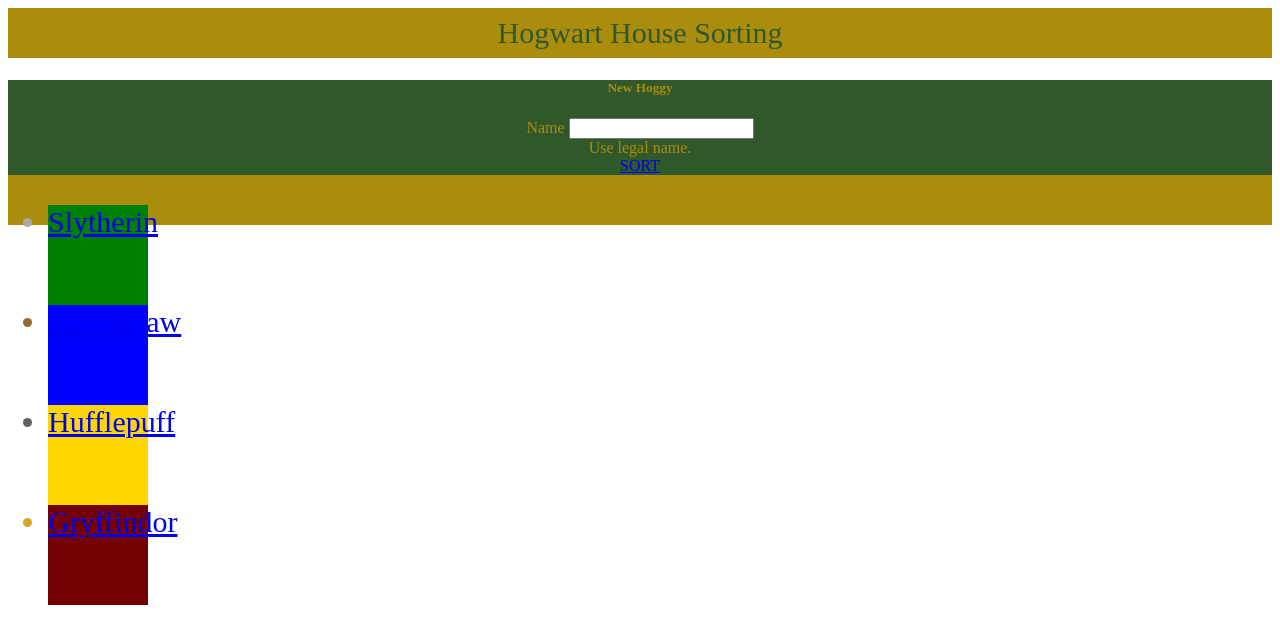
Repository: ZamlZam/INDIVIDUAL-PROJECT-sorting-hat
Page: index.html
These files come from the project's save history. The page is drawn as it stood at one moment and after the next save; the edit follows.
The browser window is 1280 px wide. The pictures show the whole page.

Above is the page before, as saved 2023-04-29 11:56:34.

### index.html
<!DOCTYPE html>
<html lang="en">
<head>
  <meta charset="UTF-8">
  <meta http-equiv="X-UA-Compatible" content="IE=edge">
  <meta name="viewport" content="width=device-width, initial-scale=1.0">
  <title>Document</title>
  <link rel ="stylesheet" href="main.css">
</head>
<body>

  <div class="card1">
    <div class="card-header">
      Hogwart House Sorting
    </div>
    <div class="card-body">
      <h5 class="card-title">New Hoggy</h5>
      <form>
        <div class="mb-3">
          <label for="exampleInputEmail1" class="form-label">Name</label>
          <input type="Name" class="form-control" id="Name" aria-describedby="Name">
          <div id="Name" class="form-text">Use legal name.</div>
        </div>
      <!-- <p class="card-text">With supporting text below as a natural lead-in to additional content.</p> -->
      <a href="#" class="btn btn-primary">SORT</a>
    </div>

     <!-- Footer with flex-container -->
    <div class="card-footer">
      <div class="flex-container">
      <ul class="Houses">
        <li class="box one">
          <a class="nav-Slytherin" href="#">Slytherin</a>
        </li>
        <li class="box two">
          <a class="nav-Ravenclaw" href="#">Ravenclaw</a>
        </li>
        <li class="box three">
          <a class="nav-Hufflepuff" href="#">Hufflepuff</a>
        </li>
        <li class="box four">
          <a class="nav-Gryffindor" href="#">Gryffindor</a>
        </li>
      </ul>
    </div>


    </div>
  </div>









</body>
</html>

### main.css
.card-header {
  width: 100%;
  height: 50px;
  background: rgb(170, 141, 12);
  color: rgb(49, 88, 42);
  text-align: center;
  align-items: center;
  font-size: 30px;
  display:flex;
  justify-content: center;
  font-weight:500;
}


.card-body {
  background: rgb(49, 88, 42);
  color: rgb(170, 141, 12);
  text-align: center;
  align-items: center;
}

.flex-container{
  display: flex;
}

.box{
  height: 100px;
  width: 100px;
}

.one{
  background-color: green;
  color: #AAAAAA;
}

.two{
  background-color: blue;
  color: #946B2D;
}

.three{
  background-color: gold;
  color: #60605C;
}

.four{
  background-color: #740001;
  color: #D3A625;
}

.card-footer{

  width: 100%;
  height: 50px;
  background: rgb(170, 141, 12);
  color: rgb(49, 88, 42);
    align-items: center;
  font-size: 30px;
  flex-direction: row-reverse;
}

After the next save:
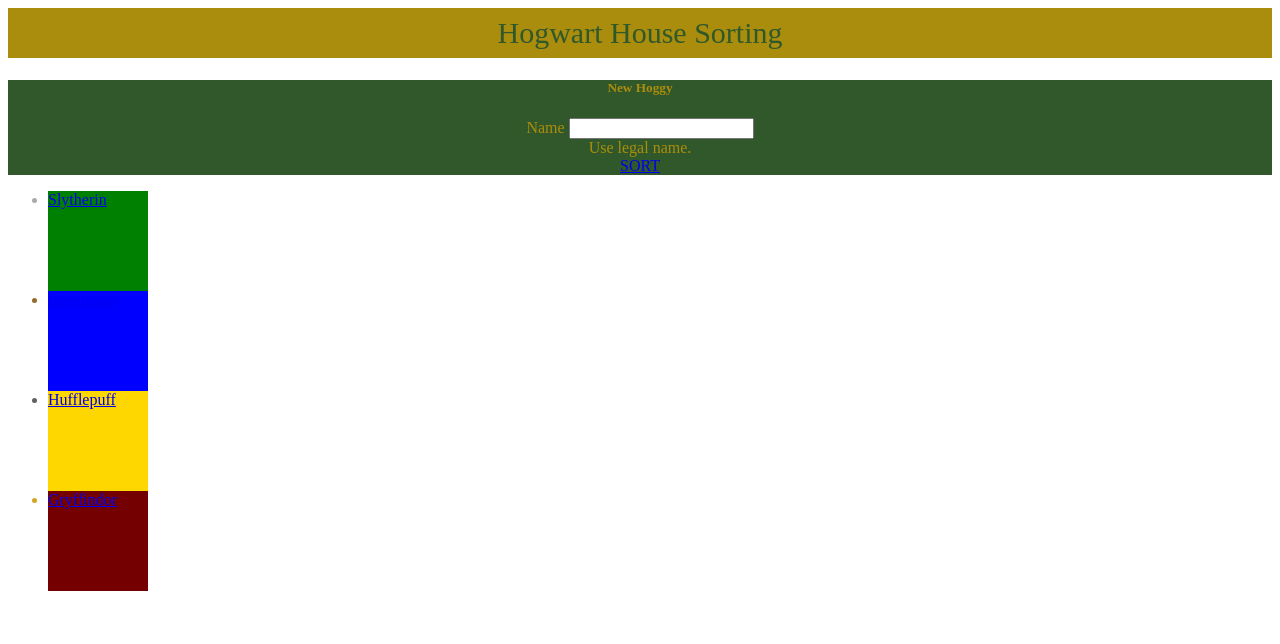
Saved 2 min 21 s later.
--- a/main.css
+++ b/main.css
@@ -47,14 +47,3 @@
   background-color: #740001;
   color: #D3A625;
 }
-
-.card-footer{
-
-  width: 100%;
-  height: 50px;
-  background: rgb(170, 141, 12);
-  color: rgb(49, 88, 42);
-    align-items: center;
-  font-size: 30px;
-  flex-direction: row-reverse;
-}

After the save that followed:
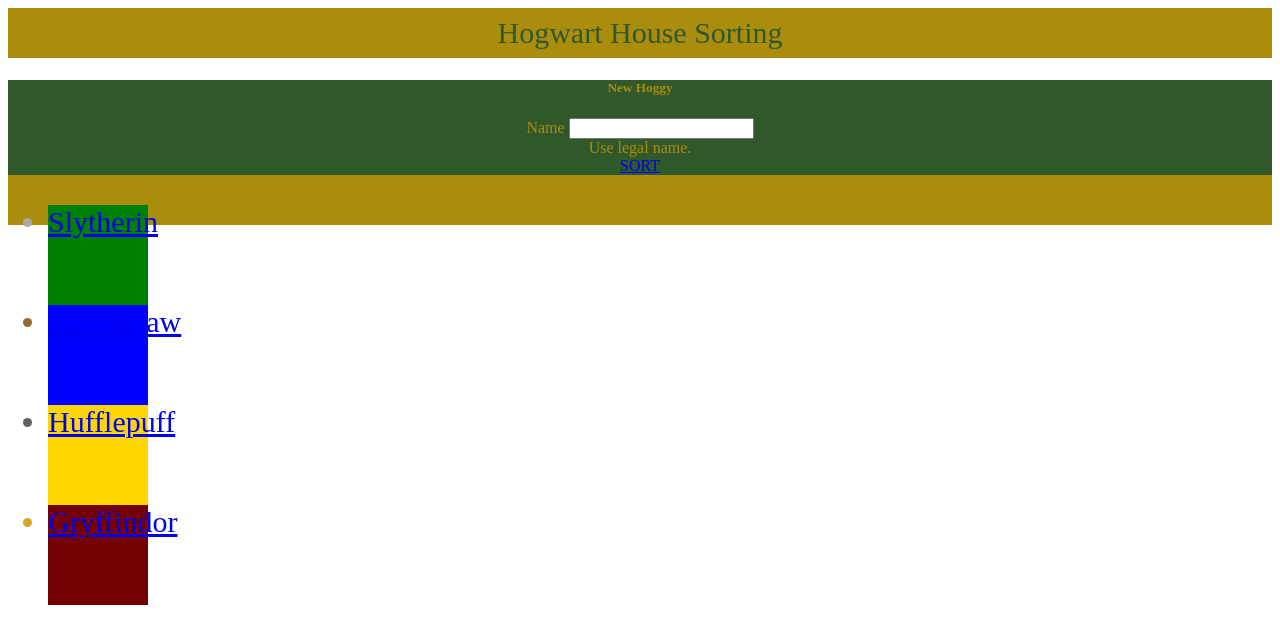
Saved 11 s later.
--- a/main.css
+++ b/main.css
@@ -17,6 +17,17 @@
   color: rgb(170, 141, 12);
   text-align: center;
   align-items: center;
+}
+
+.card-footer{
+
+  width: 100%;
+  height: 50px;
+  background: rgb(170, 141, 12);
+  color: rgb(49, 88, 42);
+    align-items: center;
+  font-size: 30px;
+  flex-direction: row-reverse;
 }
 
 .flex-container{
